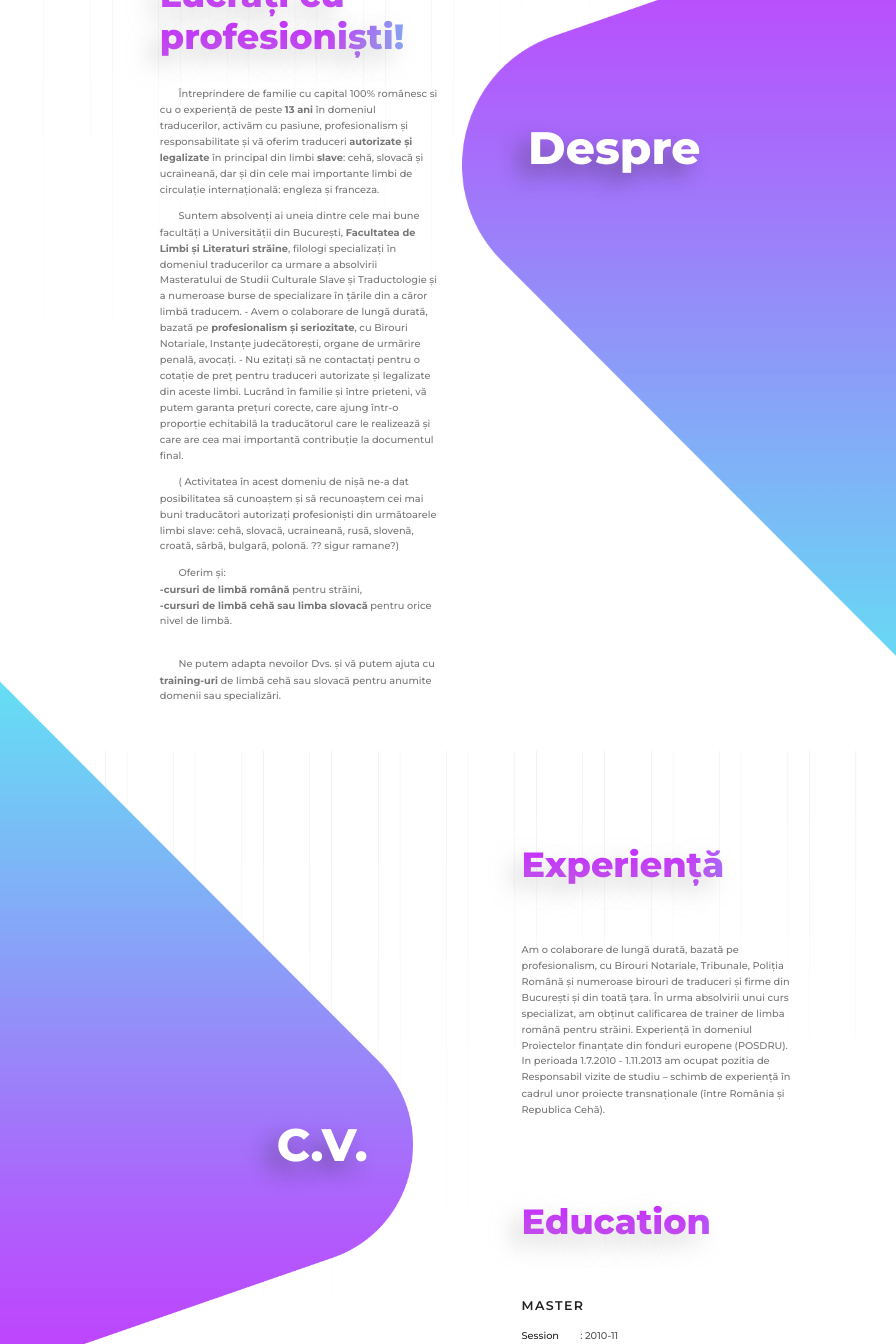
Repository: roscaImarius/site_traduceri
Page: index.html
The author's editor kept a copy of each file at every save. The page is drawn from the files as they stood at one save, then again after the next save.
The browser window is 1280 px wide. The pictures show the part of the page from y = 1008 to 2928 px (the page is 7580 px tall), at 70% of full size.

Above is the page before, as saved 2022-03-17 15:22:47.

After the next save:
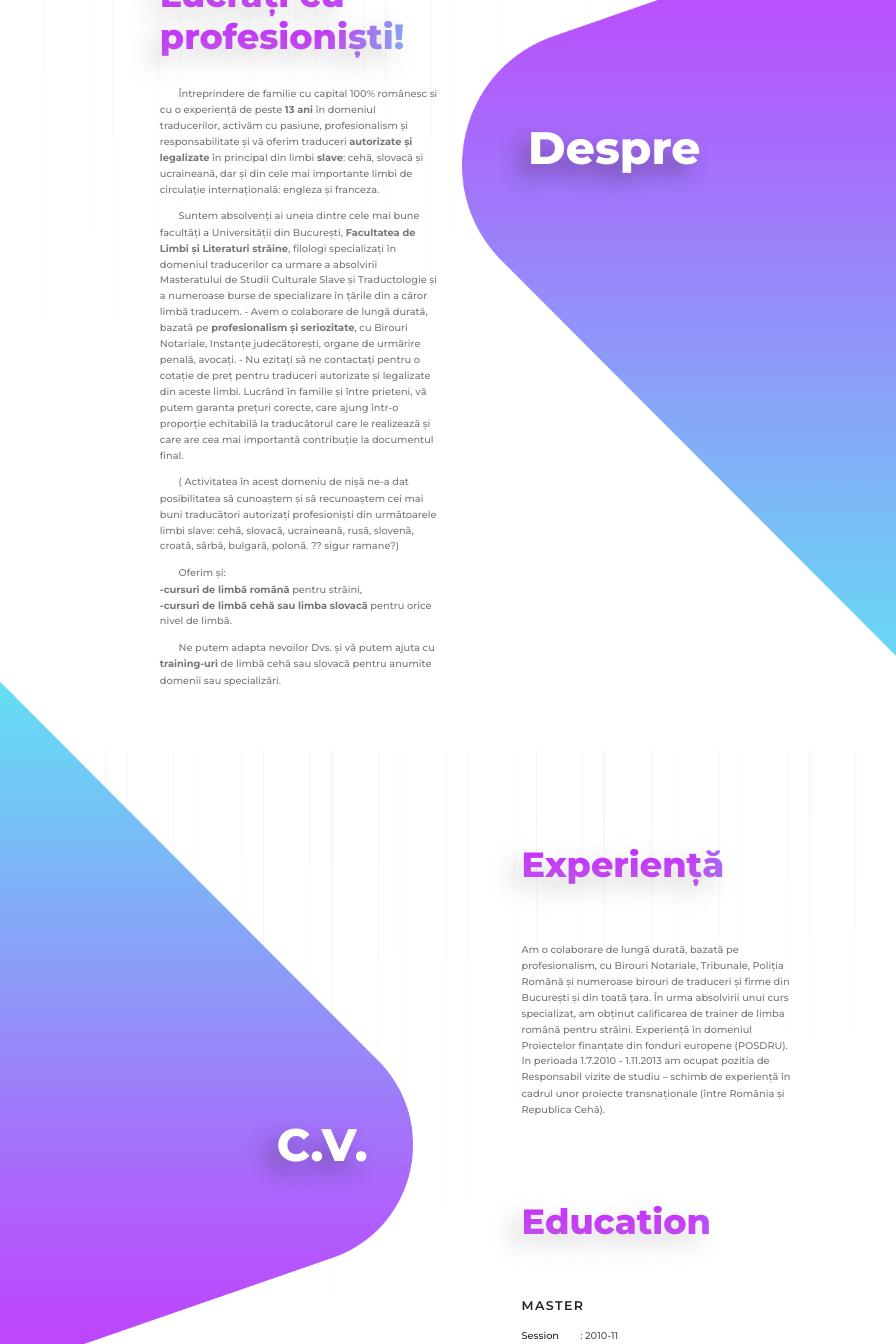
Saved 9 s later.
--- a/index.html
+++ b/index.html
@@ -177,7 +177,7 @@
               <span style="font-weight: bold"
                 >-cursuri de limbă cehă sau limba slovacă</span
               >
-              pentru orice nivel de limbă. <br /><br />
+              pentru orice nivel de limbă. <br />
             </p>
             <p>
               Ne putem adapta nevoilor Dvs. și vă putem ajuta cu
